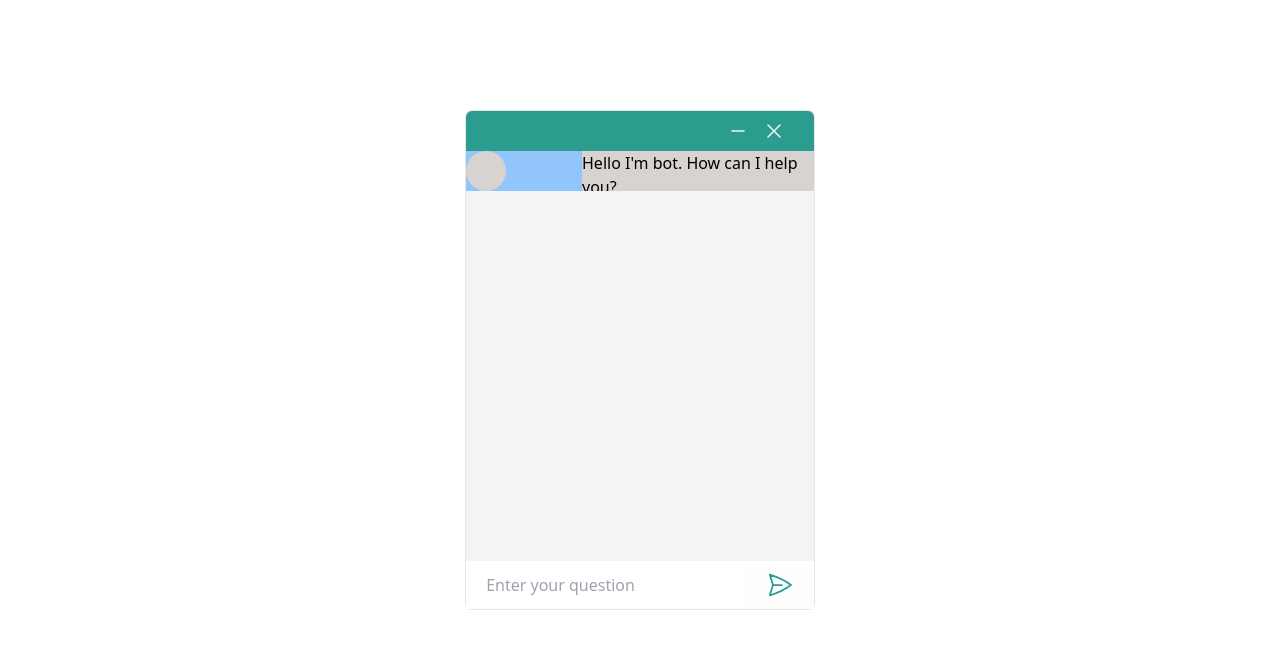
Repository: hsumyatm7308/Chatbot
Page: index.html
These files come from the project's save history. The page is drawn as it stood at one moment and after the next save; the edit follows.
The browser window is 1280 px wide. The pictures show the whole page.
Some web libraries are served in a nearby version.

Above is the page before, as saved 2023-07-08 17:41:29.

### index.html
<!DOCTYPE html>
<html>

<head>
    <title>Chat Bot</title>
    <script src="https://cdn.tailwindcss.com"></script>
</head>

<body class="bg-[#fffff]">

    <div class="w-screen h-screen flex justify-center items-center  container">
        <div class="w-[350px] h-[500px] bg-[#f4f4f4] border border-b-stone-200 rounded-md relative chatbot-container">
            <div
                class="w-full h-10 text-[#f4f4f4] bg-[#2a9d8f] rounded-tl-md rounded-tr-md flex justify-end items-center">
                <svg xmlns="http://www.w3.org/2000/svg" fill="none" viewBox="0 0 24 24" stroke-width="1.5"
                    stroke="currentColor" class="w-6 h-6 mr-3">
                    <path stroke-linecap="round" stroke-linejoin="round" d="M18 12H6" />
                </svg>

                <svg xmlns="http://www.w3.org/2000/svg" fill="none" viewBox="0 0 24 24" stroke-width="1.5"
                    stroke="currentColor" class="w-6 h-6 mr-7">
                    <path stroke-linecap="round" stroke-linejoin="round" d="M6 18L18 6M6 6l12 12" />
                </svg>

            </div>

            <div class="w-full h-auto overflow-y-auto">
                 <div class="w-full bg-red-500 grid grid-cols-3 flex profile-side">
                       <div class="bg-blue-300 ">
                            <div class="w-10 h-10 rounded-full bg-stone-300">

                            </div>
                       </div>
                       <div class=" bg-blue-200 col-span-2">
                            <div class="w-full h-10 bg-stone-300">
                                    <span>Hello I'm bot. How can I help you?</span>
                            </div>
                       </div>
                 </div>
            </div>

            <div class="w-full h-12 bg-[#fefefe] absolute bottom-0">
                <form action="" class="w-full h-12 bg-[#fefefe] flex justify-between items-center">
                    <input type="text" class="w-[80%] h-full  rounded-bl-md p-4" placeholder=" Enter your question">

                    <button type="submit" class="mr-5">
                        <svg xmlns="http://www.w3.org/2000/svg" fill="none" viewBox="0 0 24 24" stroke-width="1.5"
                            stroke="currentColor" class="w-7 h-7 text-[#2a9d8f]">
                            <path stroke-linecap="round" stroke-linejoin="round"
                                d="M6 12L3.269 3.126A59.768 59.768 0 0121.485 12 59.77 59.77 0 013.27 20.876L5.999 12zm0 0h7.5" />
                        </svg>

                    </button>
                </form>
            </div>
        </div>
    </div>

</body>

</html>

After the next save:
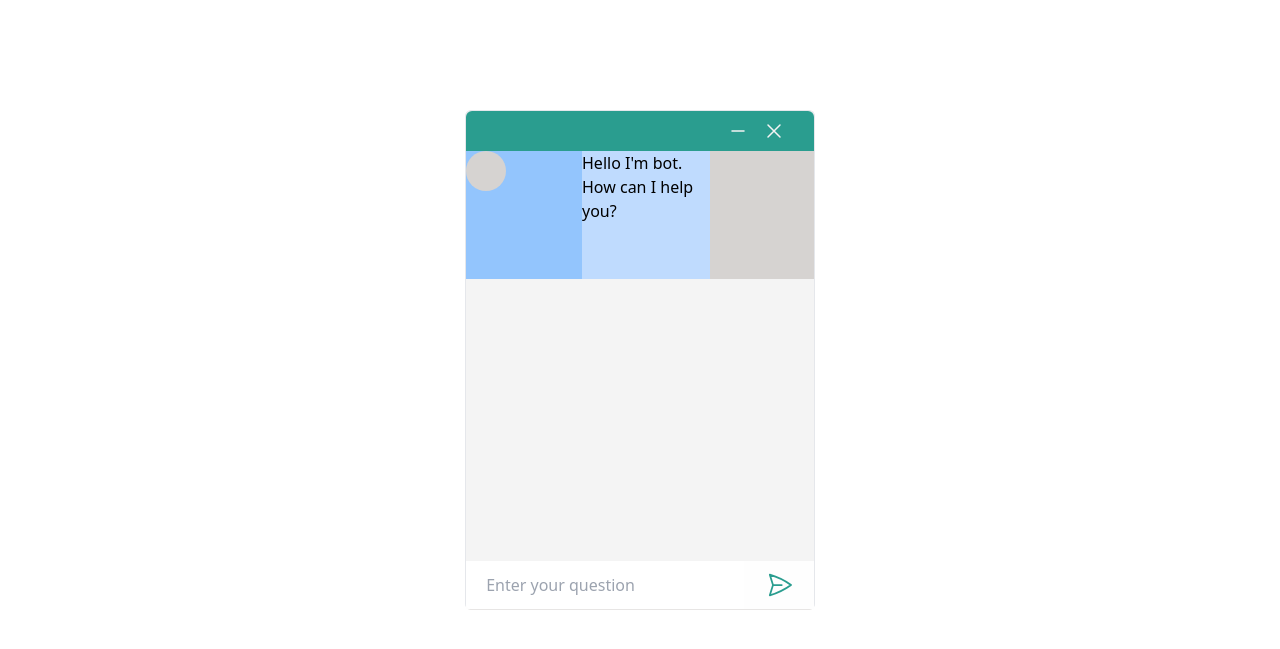
Saved 27 s later.
--- a/index.html
+++ b/index.html
@@ -32,8 +32,10 @@
                             </div>
                        </div>
                        <div class=" bg-blue-200 col-span-2">
-                            <div class="w-full h-10 bg-stone-300">
-                                    <span>Hello I'm bot. How can I help you?</span>
+                            <div class="w-full h-auto bg-stone-300">
+                                    <div class="w-32 h-32 bg-blue-200">
+                                        <span>Hello I'm bot. How can I help you?</span>
+                                    </div>
                             </div>
                        </div>
                  </div>
